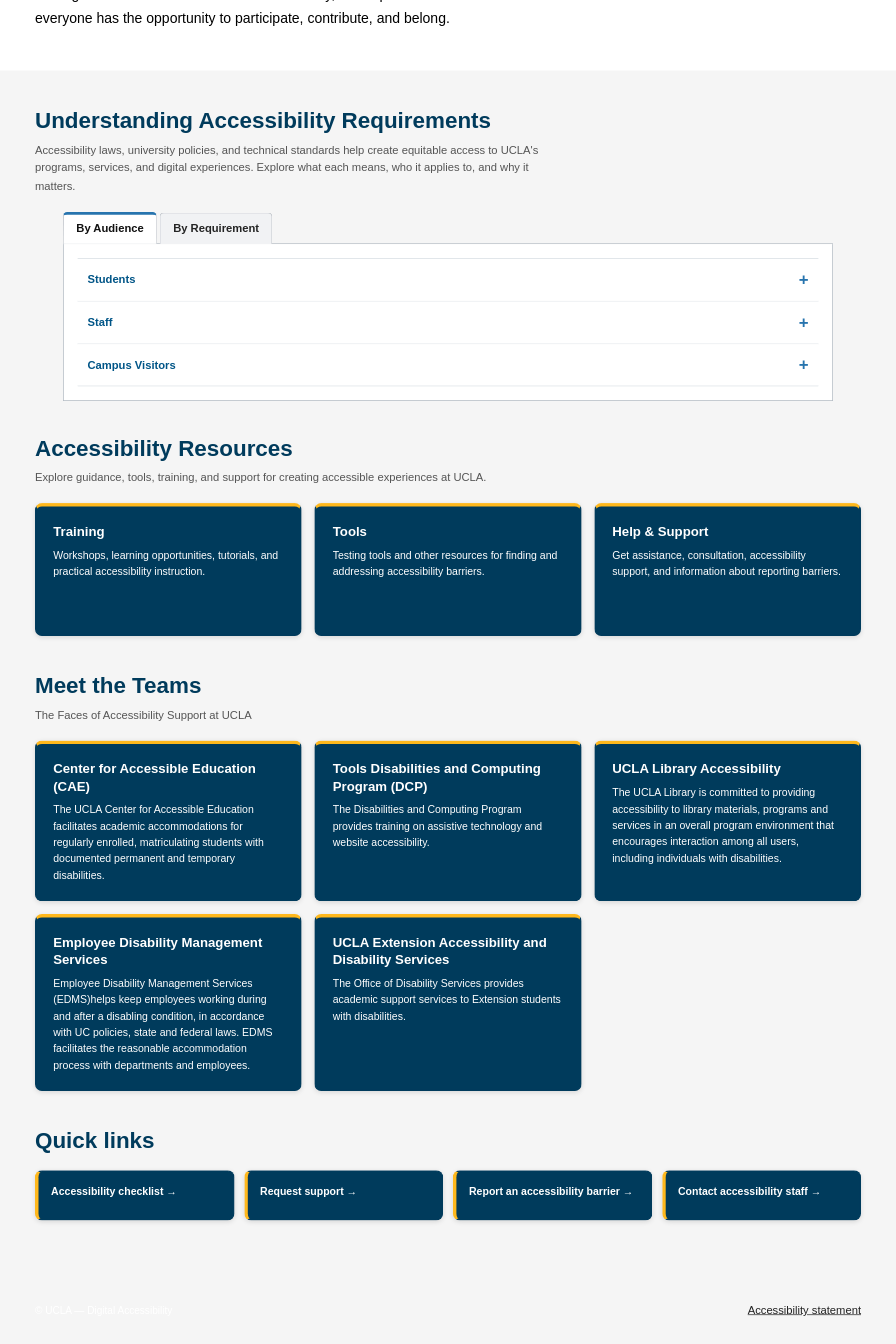
Repository: PSunnywell/UCLA-A11y-barrier-page
Page: index_tabs_with_accordions.html
The author's editor kept a copy of each file at every save. The page is drawn from the files as they stood at one save, then again after the next save.
The browser window is 1280 px wide. The pictures show the part of the page from y = 684 to 2604 px (the page is 2604 px tall), at 70% of full size.

Above is the page before, as saved 2026-10-13 17:21:32.
Not found: search.js

After the next save:
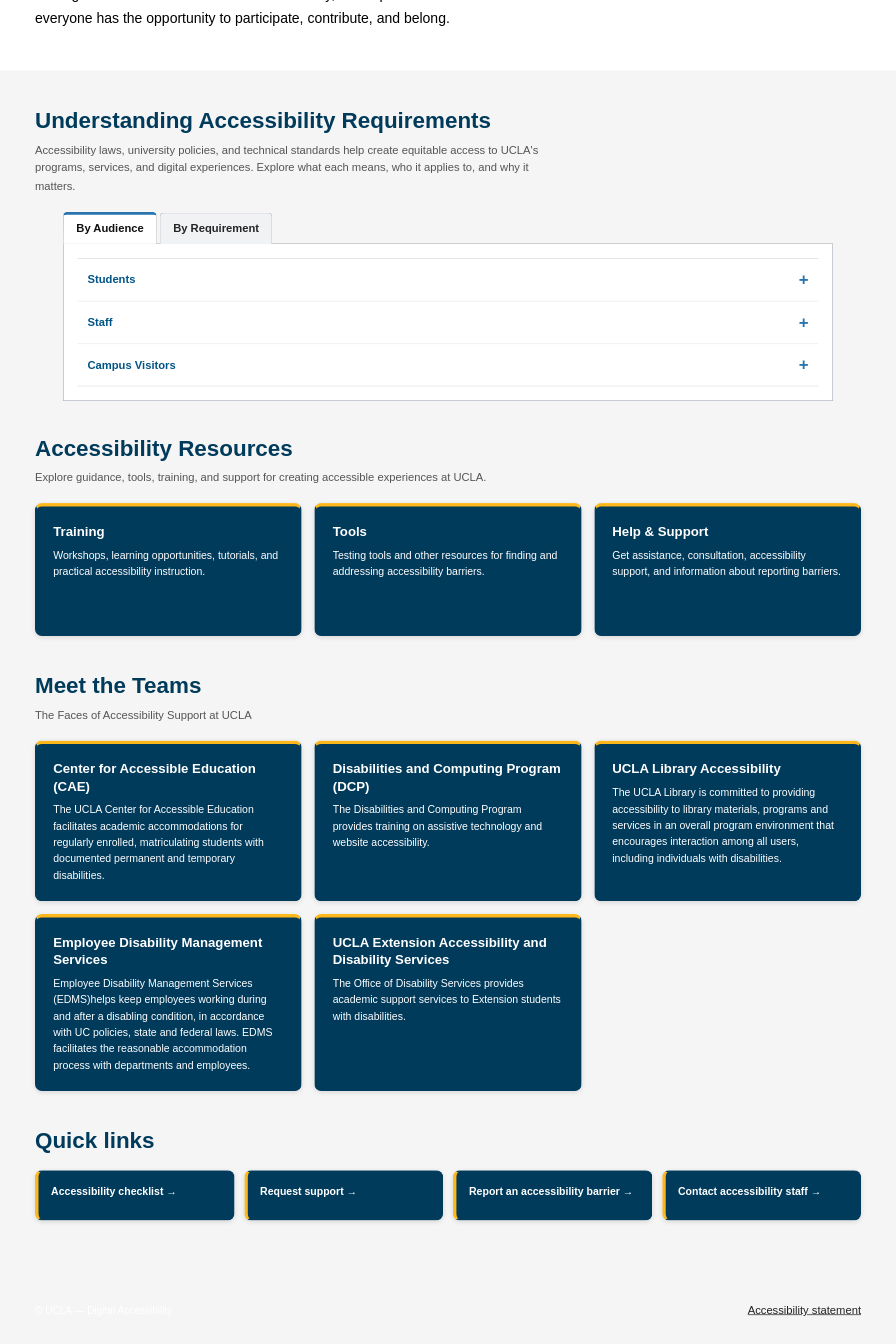
Saved 38 s later.
--- a/index_tabs_with_accordions.html
+++ b/index_tabs_with_accordions.html
@@ -241,8 +241,7 @@
           href="dcp.html"
         >
           <h3>
-            Tools
-            Disabilities and Computing Program (DCP)
+           Disabilities and Computing Program (DCP)
           </h3>
 
           <p>
